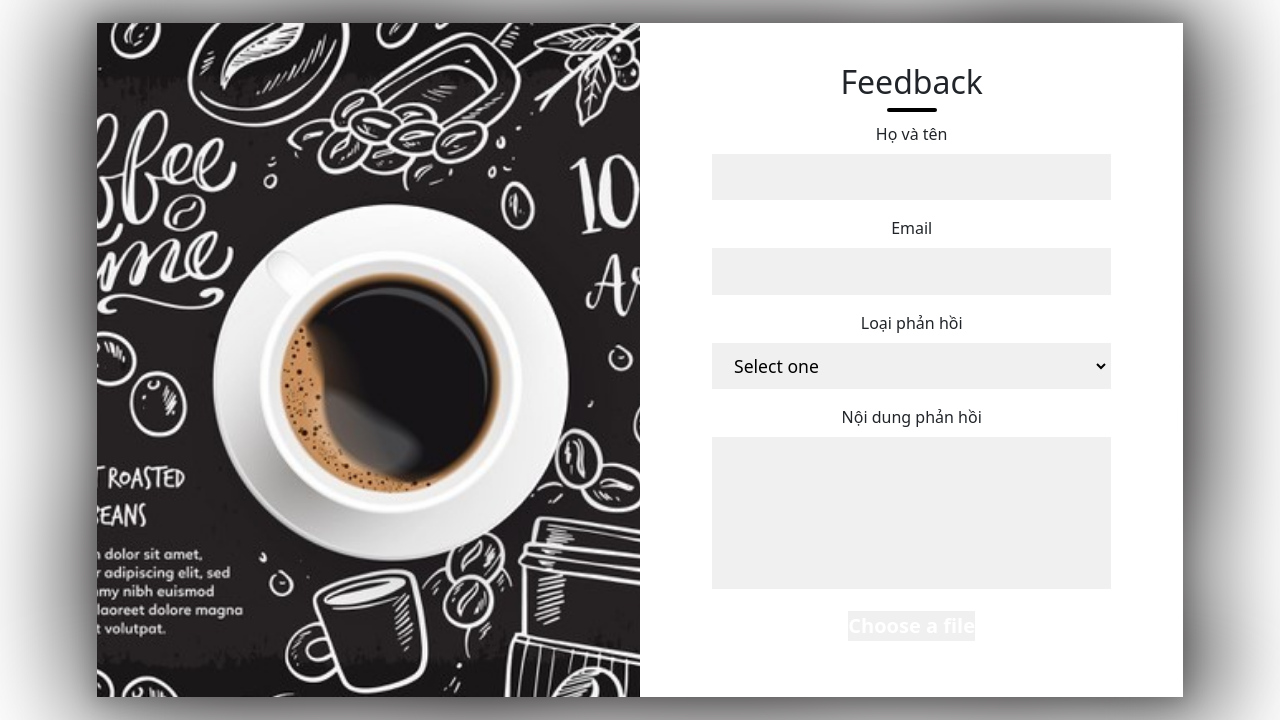
Repository: LeDongGyC/html-css
Page: HTML CSS/prototype/index.html
The author's editor kept a copy of each file at every save. The page is drawn from the files as they stood at one save, then again after the next save.
The browser window is 1280 px wide. The pictures show the whole page.
The style sheet was rebuilt from its Sass, Less or Tailwind sources for each picture, by a compiler version that may differ from the author's.

Above is the page before, as saved 2023-05-24 10:26:12.

After the next save:
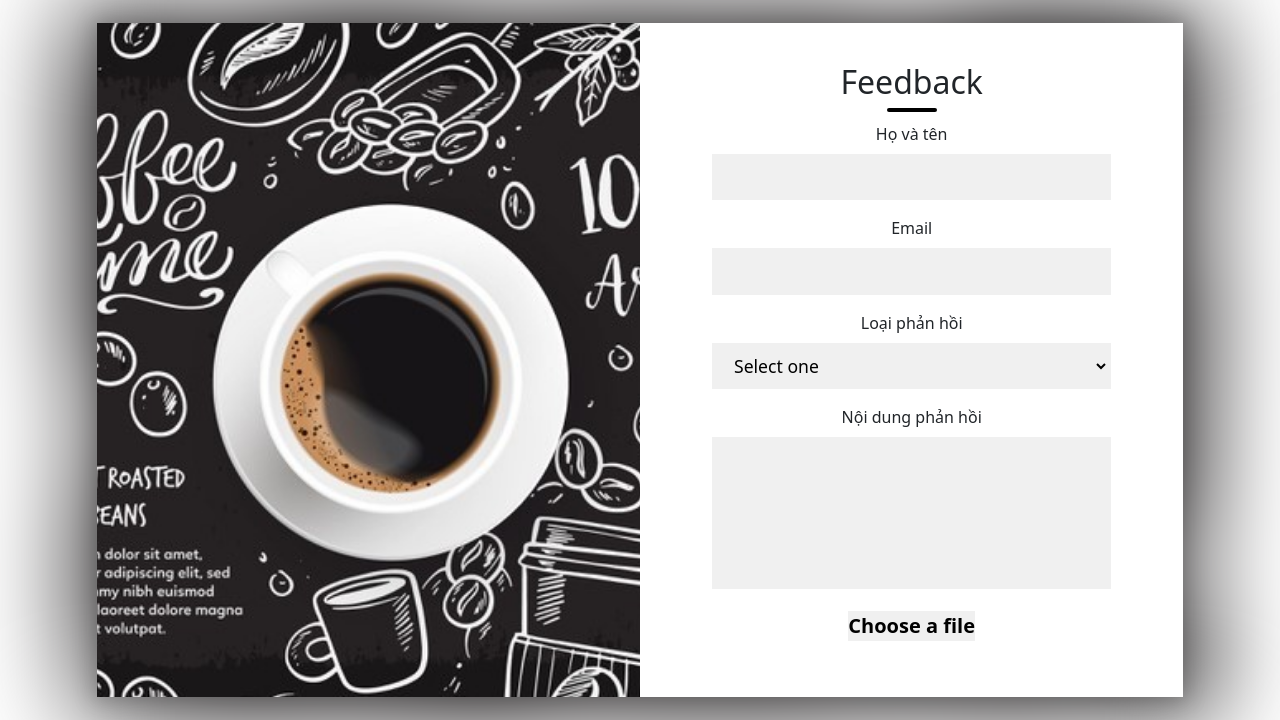
Saved 6 s later.
--- a/HTML CSS/prototype/style.scss
+++ b/HTML CSS/prototype/style.scss
@@ -100,7 +100,7 @@ body {
 .inputfile + label {
     font-size: 1.25em;
     font-weight: 700;
-    color: white;
+    color: black;
     background-color: rgba(230, 230, 230, 0.6);
     display: inline-block;
     cursor: pointer;
